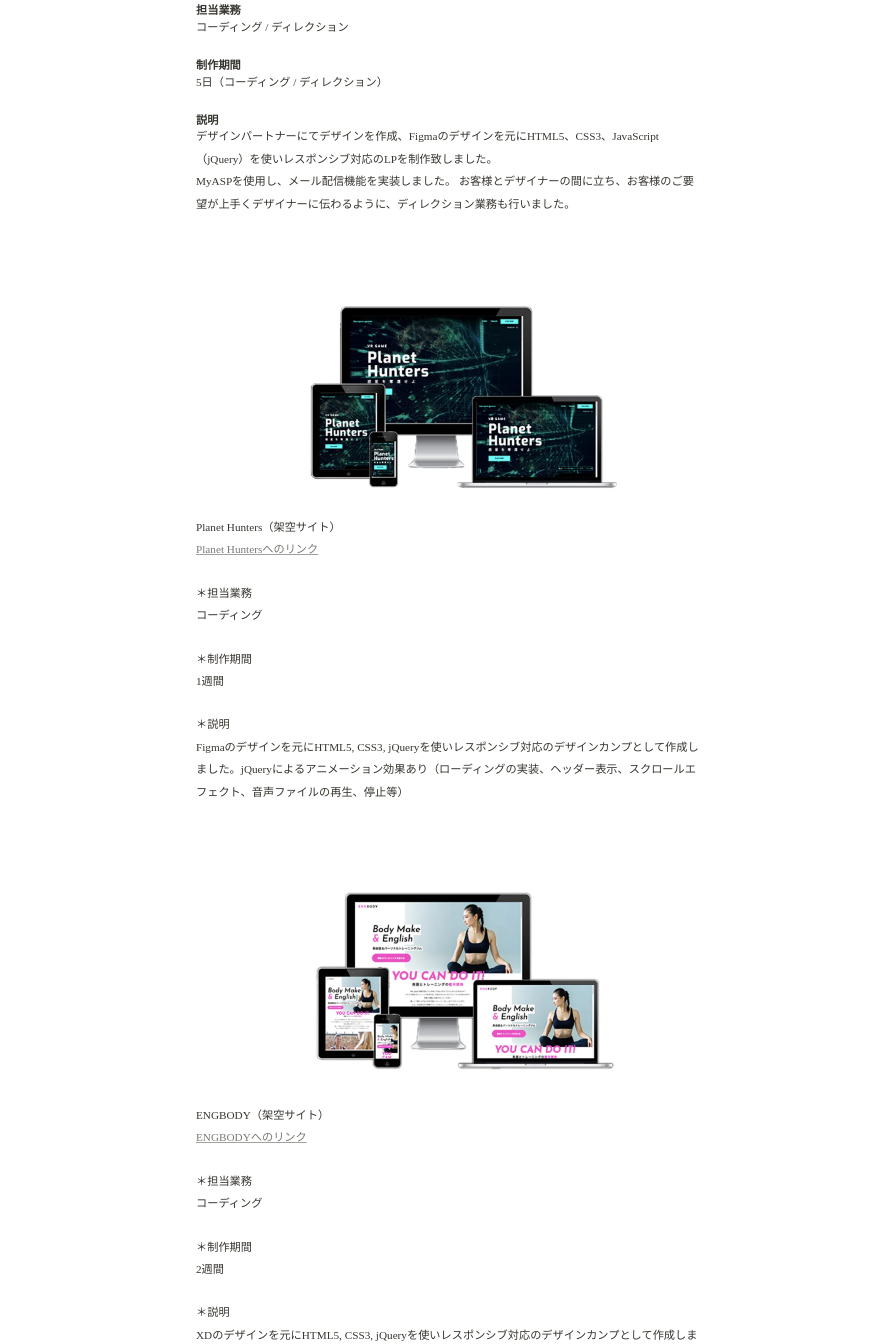
Repository: tetishi/my-portfolio
Page: index.html
An editor plug-in stored every save of this project. The page is shown before and after the next save, followed by the edit.
The browser window is 1280 px wide. The pictures show the part of the page from y = 3429 to 5349 px (the page is 11485 px tall before and 11517 px after), at 70% of full size.
The style sheet was rebuilt from its Sass, Less or Tailwind sources for each picture, by a compiler version that may differ from the author's.

Above is the page before, as saved 2024-05-19 15:45:55.

After the next save:
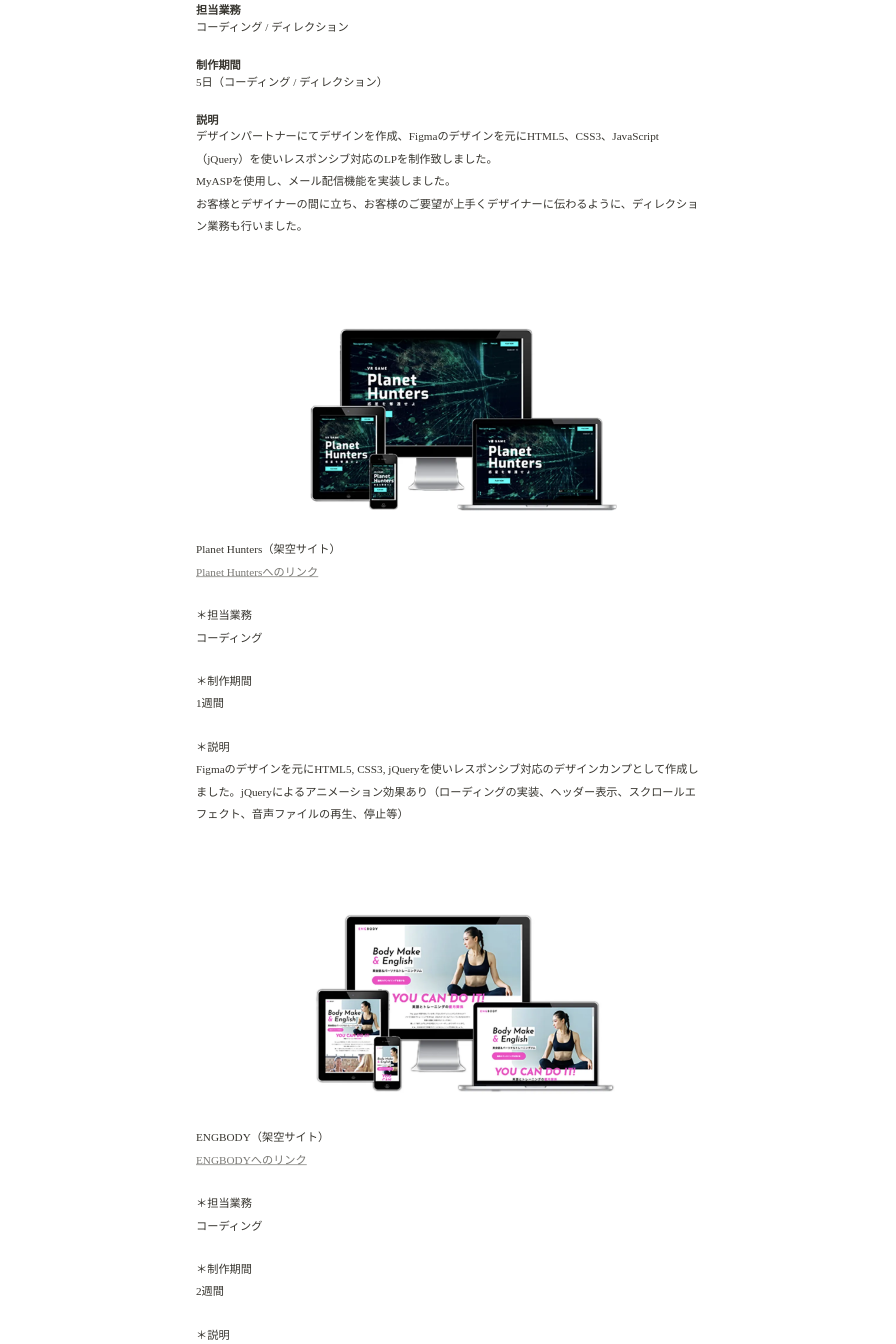
Saved 4 s later.
--- a/index.html
+++ b/index.html
@@ -193,7 +193,7 @@
                 <h3 class="details">説明</h3>
                 <!-- ここ記入 -->
                 <p>デザインパートナーにてデザインを作成、Figmaのデザインを元にHTML5、CSS3、JavaScript（jQuery）を使いレスポンシブ対応のLPを制作致しました。<br>
-                    MyASPを使用し、メール配信機能を実装しました。
+                    MyASPを使用し、メール配信機能を実装しました。<br>
                     お客様とデザイナーの間に立ち、お客様のご要望が上手くデザイナーに伝わるように、ディレクション業務も行いました。
                 </p>
             </div>
